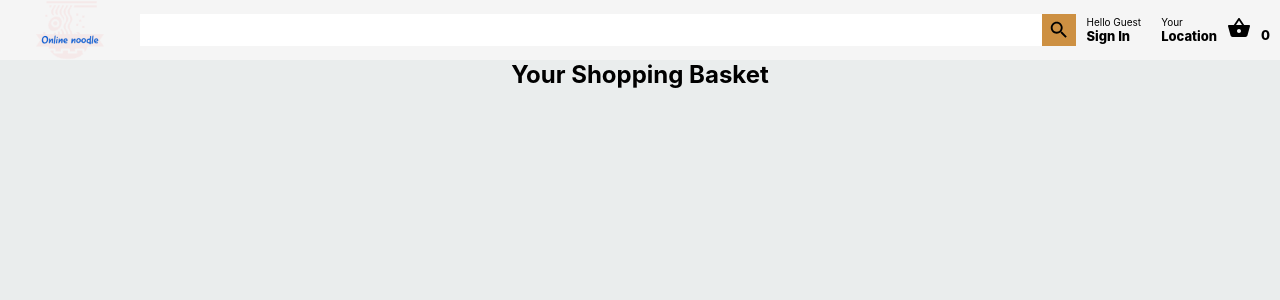
Repository: treenoise09/Noodleonline
Page: /checkout
The author's editor kept a copy of each file at every save. The page is drawn from the files as they stood at one save, then again after the next save.
The browser window is 1280 px wide. The pictures show the whole page.
The project was rebuilt for these pictures with package versions that can differ from the ones it lists, and the page was loaded fresh each time. Also part of the build but not shown: src/Home.css, src/Noodle.css, src/Noodle.js, src/Home.js.

Above is the page before, as saved 2022-10-26 16:21:15.

### src/index.css
* {
  margin: 0;
}
body {
  background-color: rgb(234,237,237);
  margin: 0;
  font-family: -apple-system, BlinkMacSystemFont, 'Segoe UI', 'Roboto', 'Oxygen',
    'Ubuntu', 'Cantarell', 'Fira Sans', 'Droid Sans', 'Helvetica Neue',
    sans-serif;
  -webkit-font-smoothing: antialiased;
  -moz-osx-font-smoothing: grayscale;
}

code {
  font-family: source-code-pro, Menlo, Monaco, Consolas, 'Courier New',
    monospace;
}

### src/App.js
import React from 'react';
import './App.css';
import Header from './Header';
import Home from './Home';
import{BrowserRouter as Router,Routes ,Route} from "react-router-dom";
import Noodle from './Noodle';
import Cart from './Cart';

function App() {
  return (
    <Router>
      <Header/>
    <div className="App">
      <Routes>
      <Route path='/' element={<Home/>}/>
      <Route path='/checkout' element={<Cart/>}/>



      </Routes>
    </div>
    </Router>
  );
}

export default App;

### src/Header.js
import React from "react";
import './Header.css'
import Logo from './img/Onlinenoodle-logos_transparent.png'
import SearchIcon from '@mui/icons-material/Search';
import ShoppingBasketIcon from '@mui/icons-material/ShoppingBasket';

function Header() {
    return(
        <div className="header">
            <img className="header_logo" src={Logo} alt=""/>
            <div className="header_search">
                <input className="header_searchInput" type='text'/>
                <SearchIcon className="header_searchIcon"/>
            </div>
            <div className="header_nav">
            <div className="header_option">
                    <span className="header_optionLineOne">
                        Hello Guest
                    </span>
                    <span className="header_optionLineTwo">
                        Sign In
                    </span>


            </div>
            <div className="header_option">
                    <span className="header_optionLineOne">
                        Your
                    </span>
                    <span className="header_optionLineTwo">
                        Location
                    </span>
            </div>
            <div className="header_optionBasket">
            <ShoppingBasketIcon/>
            <span className="header_optionLineTwo header_basketCount">0</span>
            </div>
        </div>
        </div>
    )

}


export default Header

### src/Cart.js
import React from 'react'

function Cart() {
  return (
    <div className='Cart'>
        <div className='checkout_left'>
            <div>
                <h2 className='cheakout_title'>
                    Your Shopping Basket
                </h2>
            </div>
        </div>
        <div className='cheackout_right'>

        </div>
    </div>
  )
}

export default Cart

### src/Header.css
.header{
    height: 60px;
    display: flex;
    align-items: center;
    background-color: whitesmoke;
    position: sticky;
    top: 0;
    z-index: 100;
}
.header_search{
    display: flex;
    flex: 1;
    align-items: center;
    border-radius: 24px;
}
.header_searchInput{
    height: 12px;
    padding: 10px;
    border: none;
    width: 100%;
}
.header_searchIcon{
    padding: 5px;
    height: 22px !important;
    background-color: #cd9042;
}
.header_logo{
    width: 100px;
    display: flex;
    object-fit: contain;
    margin: 0 20px;

}
.header_option{
    display: flex;
    flex-direction: column;
    margin-left: 10px;
    margin-right: 10px;
}
.header_nav{
    display: flex;
    justify-content: space-evenly;
}
.header_optionLineOne{
    font-size: 10px;
}
.header_optionLineTwo{
    font-size: 13px;
    font-weight: 800;
}
.header_optionbasket{
    display: flex;
    align-items: center;
}
.header_basketCount{
    margin-left: 10px;
    margin-right: 10px;
}

Loaded but not shown: public/index.html (common file); src/index.js (common file); src/reportWebVitals.js (common file); src/App.css (common file)

After the next save:
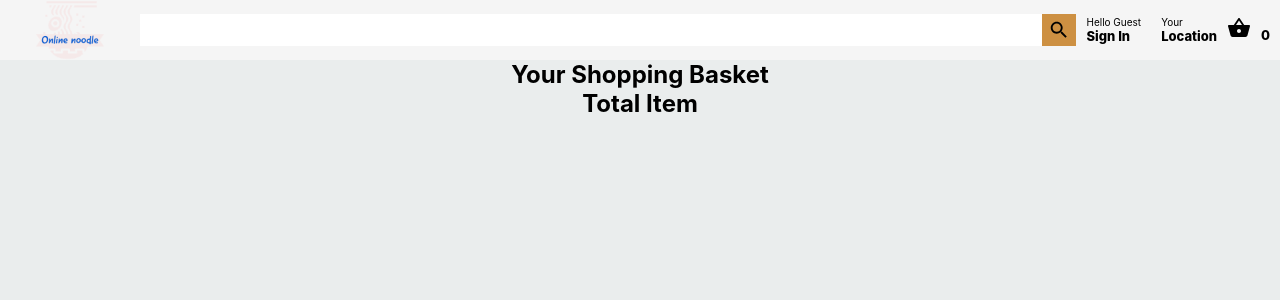
Saved 39 s later.
--- a/src/Cart.js
+++ b/src/Cart.js
@@ -11,7 +11,9 @@
             </div>
         </div>
         <div className='cheackout_right'>
-
+        <h2 className='cheakout_title'>
+                    Total Item
+                </h2>
         </div>
     </div>
   )
